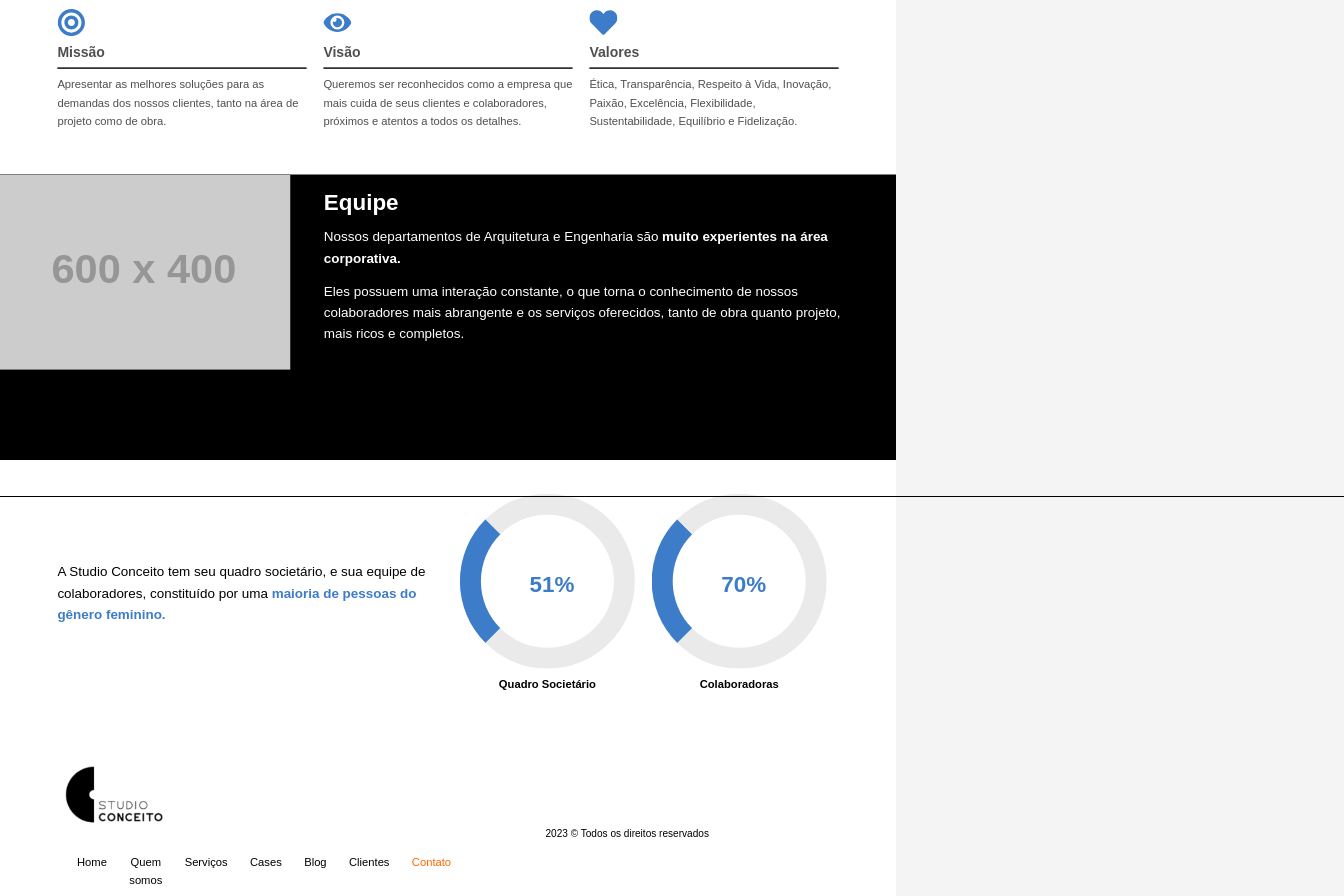
Repository: Upstairs-Agencia/studio-conceito-react
Page: /quem-somos
An editor plug-in stored every save of this project. The page is shown before and after the next save, followed by the edit.
The browser window is 1280 px wide. The page is 1920 px wide, so the pictures cover 1920 px, including what lies to the right of the window. The pictures show the part of the page from y = 2195 to 3475 px (the page is 3511 px tall before and 3527 px after), at 70% of full size.
The project was rebuilt for these pictures with package versions that can differ from the ones it lists, and the page was loaded fresh each time. Also part of the build but not shown: src/pages/Home.js, src/pages/Servicos.js, src/styles/cases.css, src/pages/Cases.js, src/pages/Blog.js, src/pages/Clientes.js, src/pages/Contato.js.

Above is the page before, as saved 2024-12-29 13:00:55.

After the next save:
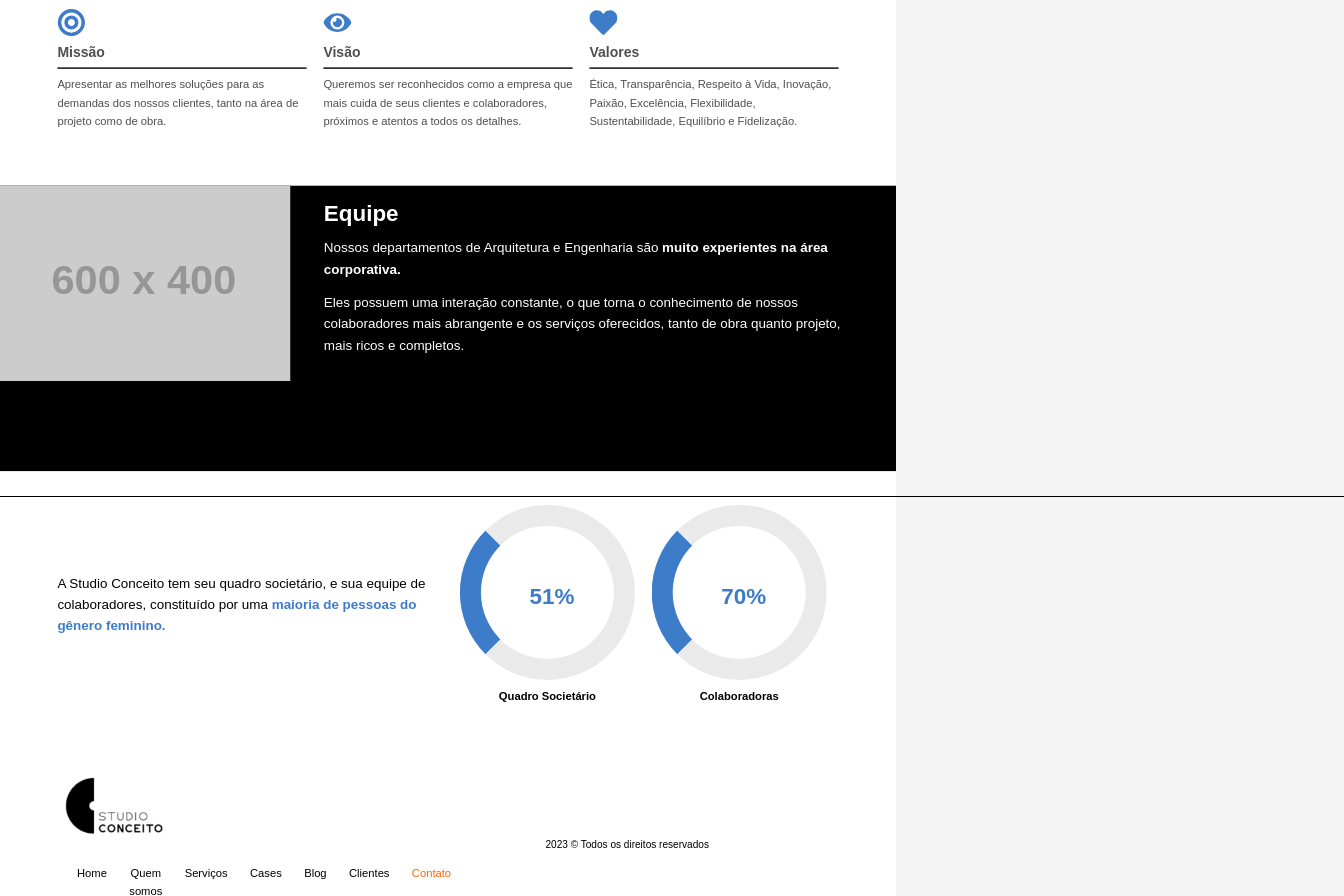
Saved 11 s later.
--- a/src/styles/quemsomos.css
+++ b/src/styles/quemsomos.css
@@ -53,7 +53,7 @@
   }
 
   .mvvsection{
-    margin-bottom: 3rem;
+    margin-bottom: 4rem;
   }
 
   /* Equipe Section */
